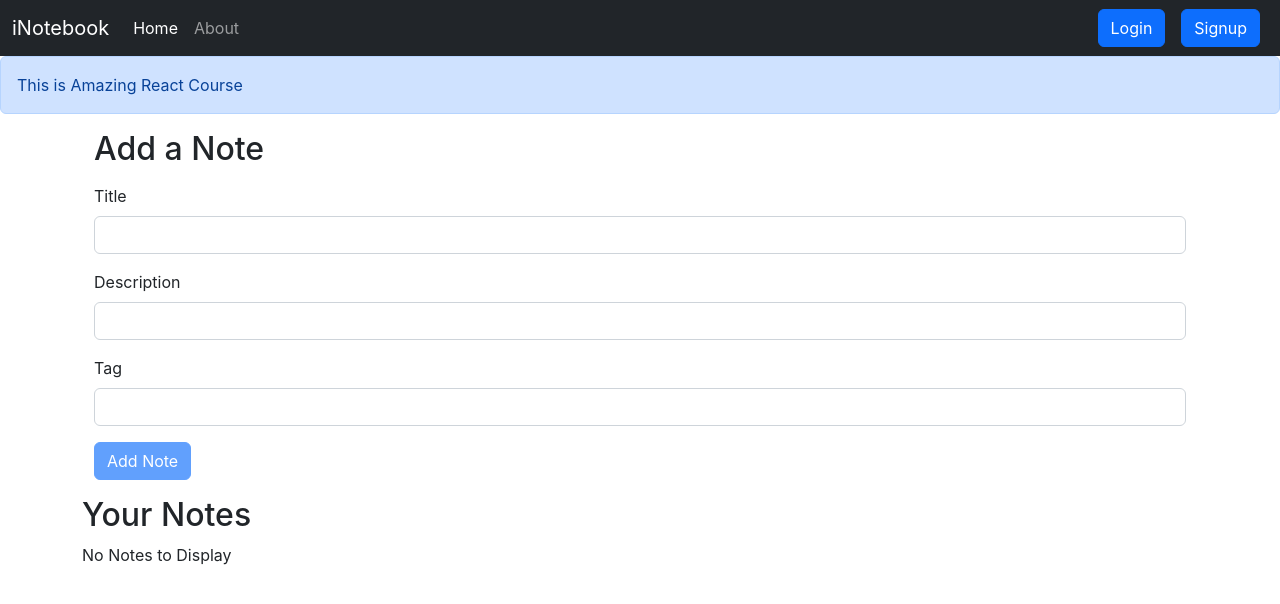
Repository: SatishPatil108/iNotebook-React
Page: /
These files come from the project's save history. The page is drawn as it stood at one moment and after the next save; the edit follows.
The browser window is 1280 px wide. The pictures show the whole page.
The page's requests for data from a server got no answer. Some web libraries are served in a nearby version. The project was rebuilt for these pictures with package versions that can differ from the ones it lists, and the page was loaded fresh each time. No one was signed in, and anything a server would have sent is missing. Also part of the build but not shown: src/App.css, src/components/Noteitem.js, src/components/About.js, src/components/Login.js, src/components/Signup.js.

Above is the page before, as saved 2022-08-02 13:05:25.

### public/index.html
<!DOCTYPE html>
<html lang="en">

<head>
  <meta charset="utf-8" />
  <link rel="icon" href="%PUBLIC_URL%/favicon.ico" />
  <meta name="viewport" content="width=device-width, initial-scale=1" />
  <meta name="theme-color" content="#000000" />
  <meta name="description" content="Web site created using create-react-app" />
  <link rel="apple-touch-icon" href="%PUBLIC_URL%/logo192.png" />

  <link rel="manifest" href="%PUBLIC_URL%/manifest.json" />
  <link href="https://cdn.jsdelivr.net/npm/bootstrap@5.2.0/dist/css/bootstrap.min.css" rel="stylesheet"
    integrity="sha384-gH2yIJqKdNHPEq0n4Mqa/HGKIhSkIHeL5AyhkYV8i59U5AR6csBvApHHNl/vI1Bx" crossorigin="anonymous">

  <title>iNotebook - Your Notes Secured in the Cloud</title>
</head>

<body>
  <noscript>You need to enable JavaScript to run this app.</noscript>
  <div id="root"></div>
  <script src="https://kit.fontawesome.com/e892c3092d.js" crossorigin="anonymous"></script>
  <script src="https://cdn.jsdelivr.net/npm/@popperjs/core@2.11.5/dist/umd/popper.min.js"
    integrity="sha384-Xe+8cL9oJa6tN/veChSP7q+mnSPaj5Bcu9mPX5F5xIGE0DVittaqT5lorf0EI7Vk"
    crossorigin="anonymous"></script>
  <script src="https://cdn.jsdelivr.net/npm/bootstrap@5.2.0/dist/js/bootstrap.min.js"
    integrity="sha384-ODmDIVzN+pFdexxHEHFBQH3/9/vQ9uori45z4JjnFsRydbmQbmL5t1tQ0culUzyK"
    crossorigin="anonymous"></script>

</body>

</html>

### src/App.js
import './App.css';
import {
  BrowserRouter as Router,
  Routes,
  Route
} from "react-router-dom";
import Navbar from './components/Navbar';
import Home from './components/Home';
import About from './components/About';
import NoteState from './context/notes/NoteState';
import { Alert } from './components/Alert';
import Login from './components/Login';
import Signup from './components/Signup';

function App() {
  return (
    <>
      <NoteState>
        <Router>
          <Navbar />
          <Alert message="This is Amazing React Course" />
          <div className="container">
            <Routes>
              <Route exact path="/" element={<Home />}></Route>
              <Route exact path="/about" element={<About />}></Route>
              <Route exact path="/login" element={<Login />}></Route>
              <Route exact path="/signup" element={<Signup />}></Route>
            </Routes>
          </div>
        </Router>
      </NoteState>
    </>
  );
}

export default App;

### src/components/Navbar.js
import React from 'react'
import { Link, useLocation } from "react-router-dom";

const Navbar = () => {

    let location = useLocation();

    return (
        <div>
            <nav className="navbar navbar-expand-lg navbar-dark  bg-dark">
                <div className="container-fluid">
                    <Link className="navbar-brand" to="/">iNotebook</Link>
                    <button className="navbar-toggler" type="button" data-bs-toggle="collapse" data-bs-target="#navbarSupportedContent" aria-controls="navbarSupportedContent" aria-expanded="false" aria-label="Toggle navigation">
                        <span className="navbar-toggler-icon"></span>
                    </button>
                    <div className="collapse navbar-collapse" id="navbarSupportedContent">
                        <ul className="navbar-nav me-auto mb-2 mb-lg-0">
                            <li className="nav-item">
                                <Link className={`nav-link ${location.pathname === "/" ? "active" : ""}`} aria-current="page" to="/">Home</Link>
                            </li>
                            <li className="nav-item">
                                <Link className={`nav-link ${location.pathname === "/about" ? "active" : ""}`} to="/about">About</Link>
                            </li>
                        </ul>
                        <form className="d-flex">
                            <Link className="btn btn-primary mx-2" to="/login" role="button">Login</Link>
                            <Link className="btn btn-primary mx-2" to="/signup" role="button">Signup</Link>
                        </form>
                    </div>
                </div>
            </nav>
        </div>
    )
}

export default Navbar

### src/components/Home.js
import Notes from './Notes';

const Home = () => {
    return (
        <div>
            <Notes />
        </div>
    )
}

export default Home

### src/context/notes/NoteState.js
import NoteContext from "./noteContext";
import { useState } from "react";

const NoteState = (props) => {
    const host = "http://localhost:5000";
    const notesInitial = []

    const [notes, setNotes] = useState(notesInitial)

    // Get All Notes
    const getNotes = async () => {
        // API  Call
        const response = await fetch(`${host}/api/notes/fetchallnotes`, {
            method: 'GET',
            headers: {
                'Accept': 'application/json',
                'Content-Type': 'application/json',
                "auth-token": "eyJhbGciOiJIUzI1NiIsInR5cCI6IkpXVCJ9.eyJ1c2VyIjp7ImlkIjoiNjJkYTM1NDdlNWM1ODE5OTQ0MDJhNDI0In0sImlhdCI6MTY1ODQ3MDg1Nn0.W1eGNrZ7Yg9gfobUoEM5HJCjRkO2B-m3WV_j7U6Bc_g",
            },
        });

        const json = await response.json();
        console.log(json);
        setNotes(json);
    }

    // Add a Note
    const addNote = async (title, description, tag) => {
        // API Call
        const response = await fetch(`${host}/api/notes/addnote`, {
            method: 'POST',
            headers: {
                'Accept': 'application/json',
                'Content-Type': 'application/json',
                "auth-token": "eyJhbGciOiJIUzI1NiIsInR5cCI6IkpXVCJ9.eyJ1c2VyIjp7ImlkIjoiNjJkYTM1NDdlNWM1ODE5OTQ0MDJhNDI0In0sImlhdCI6MTY1ODQ3MDg1Nn0.W1eGNrZ7Yg9gfobUoEM5HJCjRkO2B-m3WV_j7U6Bc_g",
            },
            body: JSON.stringify({ title, description, tag })
        });

        const note = await response.json();
        setNotes(notes.concat(note));
    }

    // Delete a Note
    const deleteNote = async (id) => {
        // API Call
        const response = await fetch(`${host}/api/notes/deletenote/${id}`, {
            method: 'DELETE',
            headers: {
                'Accept': 'application/json',
                'Content-Type': 'application/json',
                "auth-token": "eyJhbGciOiJIUzI1NiIsInR5cCI6IkpXVCJ9.eyJ1c2VyIjp7ImlkIjoiNjJkYTM1NDdlNWM1ODE5OTQ0MDJhNDI0In0sImlhdCI6MTY1ODQ3MDg1Nn0.W1eGNrZ7Yg9gfobUoEM5HJCjRkO2B-m3WV_j7U6Bc_g"
            }
        });
        const json = await response.json();
        console.log(json);

        const newNotes = notes.filter((note) => { return note._id !== id })
        setNotes(newNotes);
    }
    //  Edit a Note
    const editNote = async (id, title, description, tag) => {
        // API  Call
        const response = await fetch(`${host}/api/notes/updatenote/${id}`, {
            method: 'PUT',
            headers: {
                'Accept': 'application/json',
                'Content-Type': 'application/json',
                "auth-token": "eyJhbGciOiJIUzI1NiIsInR5cCI6IkpXVCJ9.eyJ1c2VyIjp7ImlkIjoiNjJkYTM1NDdlNWM1ODE5OTQ0MDJhNDI0In0sImlhdCI6MTY1ODQ3MDg1Nn0.W1eGNrZ7Yg9gfobUoEM5HJCjRkO2B-m3WV_j7U6Bc_g"
            },
            body: JSON.stringify({ title, description, tag })
        });
        const json = await response.json();
        console.log(json);

        // Logic to edit in Client
        for (let index = 0; index < notes.length; index++) {
            const element = notes[index];
            if (element._id === id) {
                element.title = title;
                element.description = description;
                element.tag = tag;
            }
        }
        getNotes();
    }


    return (
        <NoteContext.Provider value={{ notes, addNote, deleteNote, editNote, getNotes }}>
            {props.children}
        </NoteContext.Provider>
    )
}

export default NoteState;

### src/components/Alert.js
import React from 'react'

export const Alert = (props) => {
    return (
        <div className="alert alert-primary" role="alert">
            {props.message}
        </div>
    )
}

### src/components/Notes.js
import React, { useContext, useEffect, useRef, useState } from 'react'
import noteContext from '../context/notes/noteContext';
import AddNote from './AddNote';
import Noteitem from './Noteitem';

const Notes = () => {
    const context = useContext(noteContext);
    const { notes, getNotes, editNote } = context;
    useEffect(() => {
        return () => {
            getNotes()
        }
        // eslint-disable-next-line
    }, [])

    const ref = useRef(null);
    const refClose = useRef(null);

    const [note, setNote] = useState({ id: "", etitle: "", edescription: "", etag: "" });

    const updateNote = (currentNote) => {
        ref.current.click();
        setNote({ id: currentNote._id, etitle: currentNote.title, edescription: currentNote.description, etag: currentNote.tag });
    }
    const onChange = (e) => {
        setNote({ ...note, [e.target.name]: e.target.value });
    }
    const handleClick = (e) => {
        editNote(note.id, note.etitle, note.edescription, note.etag)
        refClose.current.click();
    }

    return (
        <>
            <AddNote />
            <button ref={ref} type="button" className="btn btn-primary d-none" data-bs-toggle="modal" data-bs-target="#exampleModal">
                Launch demo modal
            </button>

            <div className="modal fade" id="exampleModal" tabIndex="-1" role="dialog" aria-labelledby="exampleModalLabel" aria-hidden="true">
                <div className="modal-dialog" role="document">
                    <div className="modal-content">
                        <div className="modal-header">
                            <h5 className="modal-title" id="exampleModalLabel">Edit Note</h5>
                            <button type="button" className="close" data-bs-dismiss="modal" aria-label="Close">
                                <span aria-hidden="true">&times;</span>
                            </button>
                        </div>
                        <div className="modal-body">
                            <form className="my-3">
                                <div className="mb-3">
                                    <label htmlFor="title" className="form-label">Title</label>
                                    <input type="text" className="form-control" id="etitle" name="etitle" value={note.etitle} aria-describedby="emailHelp" onChange={onChange} minLength={5} required />
                                </div>
                                <div className="mb-3">
                                    <label htmlFor="description" className="form-label">Description</label>
                                    <input type="text" className="form-control" id="edescription" name="edescription" value={note.edescription} onChange={onChange} minLength={5} required />
                                </div>
                                <div className="mb-3">
                                    <label htmlFor="tag" className="form-label">Tag</label>
                                    <input type="text" className="form-control" id="etag" name="etag" value={note.etag} onChange={onChange} minLength={5} required />
                                </div>
                            </form>
                        </div>
                        <div className="modal-footer">
                            <button ref={refClose} type="button" className="btn btn-secondary" data-bs-dismiss="modal">Close</button>
                            <button disabled={note.etitle.length < 5 || note.edescription.length < 5} onClick={handleClick} type="button" className="btn btn-primary">Update Note</button>
                        </div>
                    </div>
                </div>
            </div>
            <div className="row my-3">
                <h2>Your Notes</h2>
                <div className="container">
                    {notes.length === 0 && 'No Notes to Display'}
                </div>
                {notes?.map((note) => {
                    return <Noteitem key={note._id} updateNote={updateNote} note={note} />
                })}
            </div>
        </>
    )
}

export default Notes

### src/components/AddNote.js
import React, { useContext, useState } from 'react'
import noteContext from '../context/notes/noteContext';


const AddNote = () => {
    const context = useContext(noteContext);
    const { addNote } = context;

    const [note, setNote] = useState({ title: "", description: "", tag: "" });

    const onChange = (e) => {
        setNote({ ...note, [e.target.name]: e.target.value });
    }
    const handleClick = (e) => {
        e.preventDefault();
        addNote(note.title, note.description, note.tag);
        setNote({ title: "", description: "", tag: "" });
    }

    return (
        <div>
            <div className="container my-3">
                <h2>Add a Note</h2>
                <form className="my-3">
                    <div className="mb-3">
                        <label htmlFor="title" className="form-label">Title</label>
                        <input type="text" className="form-control" id="title" name="title" aria-describedby="emailHelp" value={note.title} onChange={onChange} />
                    </div>
                    <div className="mb-3">
                        <label htmlFor="description" className="form-label">Description</label>
                        <input type="text" className="form-control" id="description" name="description" value={note.description} onChange={onChange} />
                    </div>
                    <div className="mb-3">
                        <label htmlFor="tag" className="form-label">Tag</label>
                        <input type="text" className="form-control" id="tag" name="tag" value={note.tag} onChange={onChange} />
                    </div>

                    <button disabled={note.title.length < 5 || note.description.length < 5} type="submit" className="btn btn-primary" onClick={handleClick}>Add Note</button>
                </form>
            </div>
        </div>
    )
}

export default AddNote

Loaded but not shown: src/index.js (common file); src/index.css (common file); src/context/notes/noteContext.js (common file)

After the next save:
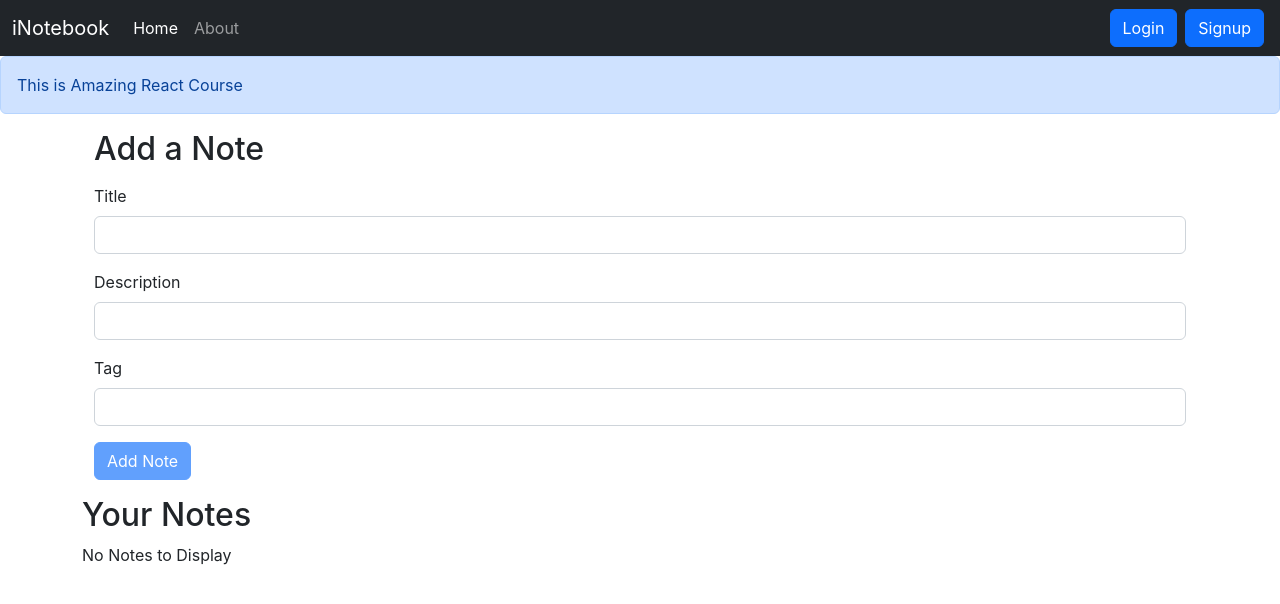
Saved 55 s later.
--- a/src/components/Navbar.js
+++ b/src/components/Navbar.js
@@ -23,8 +23,8 @@ const Navbar = () => {
                             </li>
                         </ul>
                         <form className="d-flex">
-                            <Link className="btn btn-primary mx-2" to="/login" role="button">Login</Link>
-                            <Link className="btn btn-primary mx-2" to="/signup" role="button">Signup</Link>
+                            <Link className="btn btn-primary mx-1" to="/login" role="button">Login</Link>
+                            <Link className="btn btn-primary mx-1" to="/signup" role="button">Signup</Link>
                         </form>
                     </div>
                 </div>
